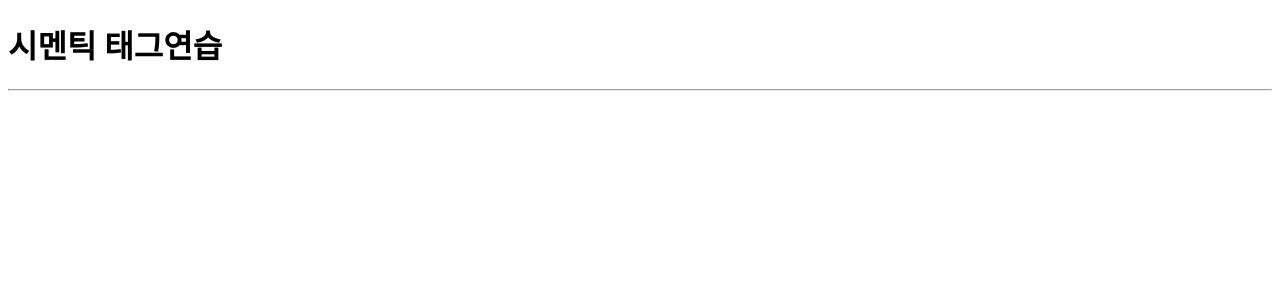
Repository: blinggg/html_git
Page: 0406/ex0406/WebContent/ex06.html
The author's editor kept a copy of each file at every save. The page is drawn from the files as they stood at one save, then again after the next save.
The browser window is 1280 px wide. The pictures show the whole page.

Above is the page before, as saved 2020-04-06 06:43:46.

After the next save:
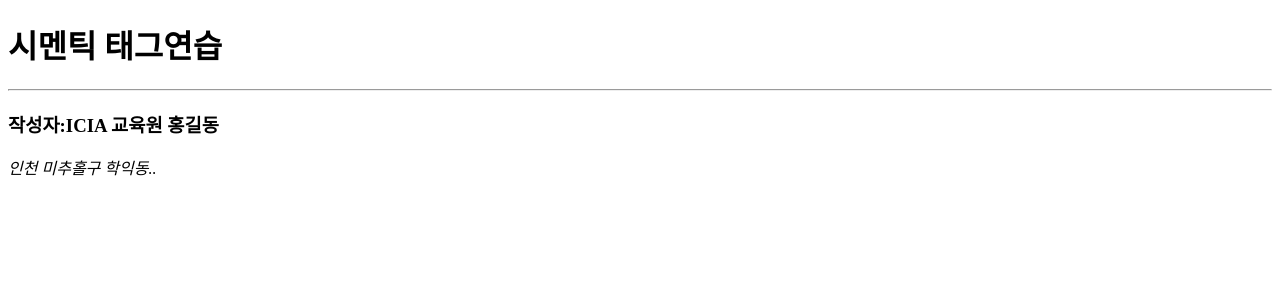
Saved 37 s later.
--- a/0406/ex0406/WebContent/ex06.html
+++ b/0406/ex0406/WebContent/ex06.html
@@ -17,7 +17,8 @@
 	</section>
 
 	<footer>
-		<h3 작성자:ICIA 교육원 홍길동</h3>
+		<h3> 작성자:ICIA 교육원 홍길동</h3>
+		<address>인천 미추홀구 학익동..</address>
 
 	</footer>
 </body>
